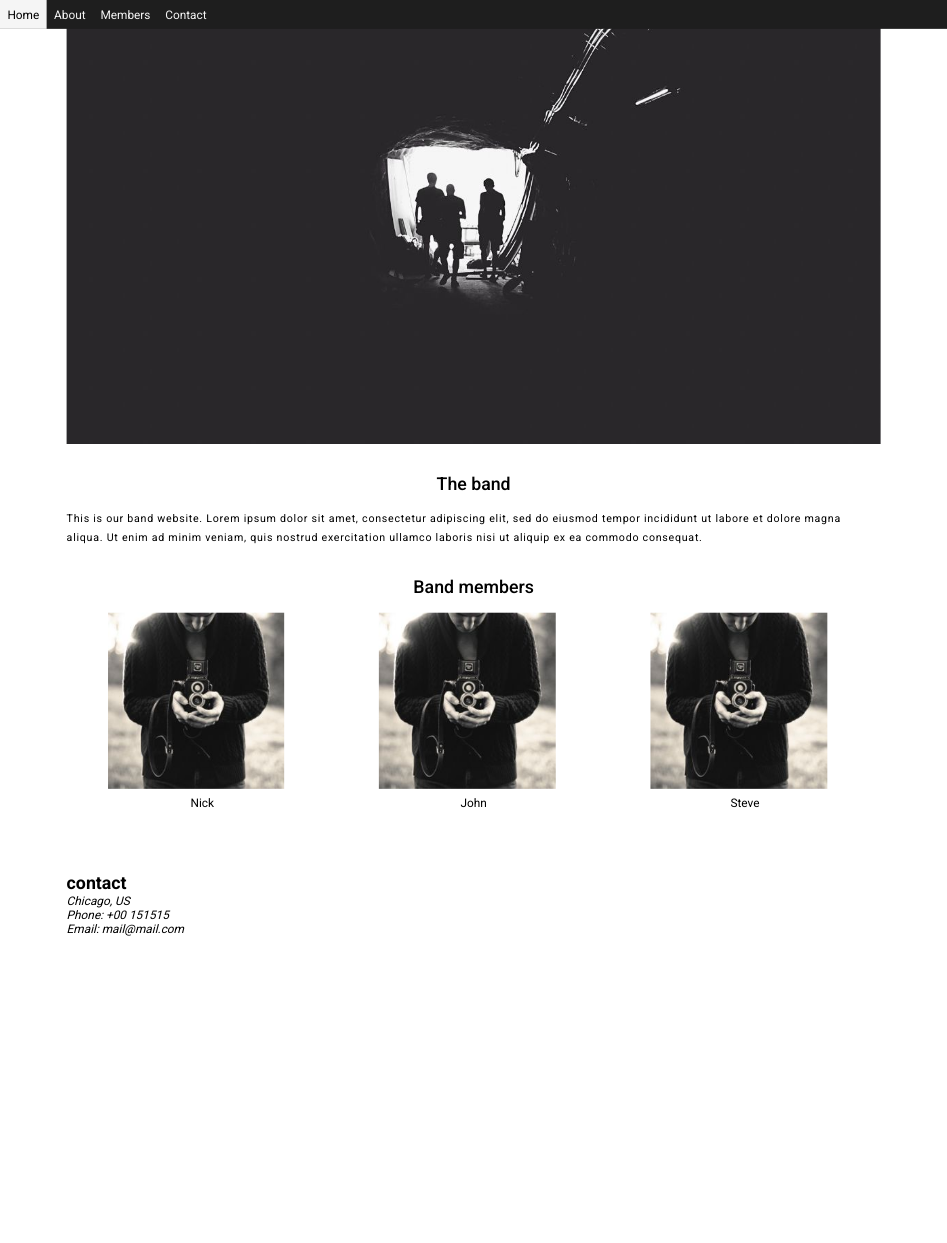
Repository: hieu-22/w3_band_UI
Page: index.html
The author's editor kept a copy of each file at every save. The page is drawn from the files as they stood at one save, then again after the next save.
The browser window is 1280 px wide. The pictures show the whole page, at 74% of full size.

Above is the page before, as saved 2022-12-30 10:10:13.

After the next save:
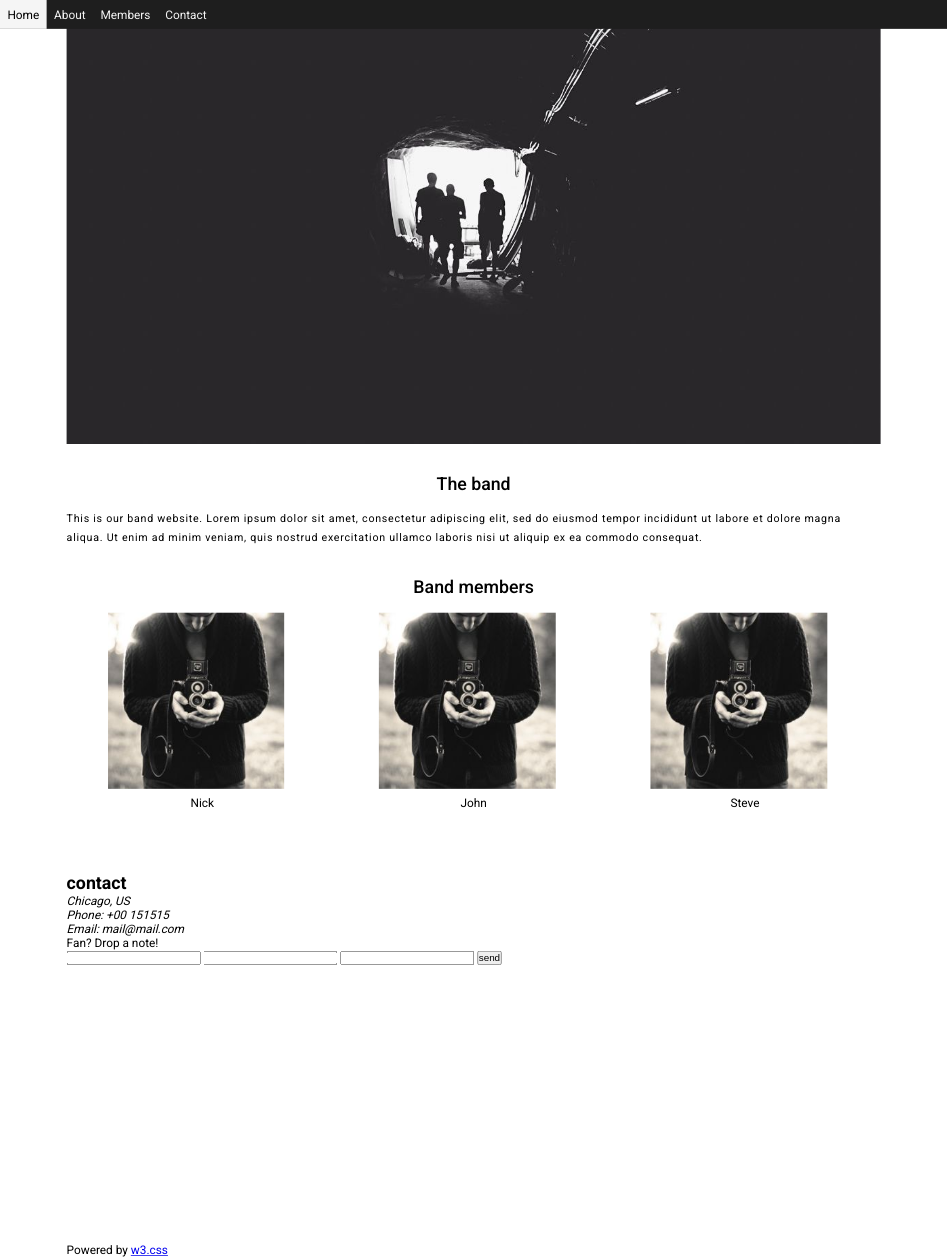
Saved 5 min 48 s later.
--- a/index.html
+++ b/index.html
@@ -71,11 +71,19 @@
                 Phone: +00 151515</br>
                 Email: mail@mail.com
             </address>
+            <p>Fan? Drop a note!</p>
+            <form action="#">
+                <input type="text">
+                <input type="email">
+                <input type="text">
+                <button>send</button>
+            </form>
+            <div class="contact-infor__banner"></div>
         </div>
     </main>
 
     <footer>
-
+        <p>Powered by <a href="#">w3.css</a></p>
     </footer>
 </body>
 </html>
